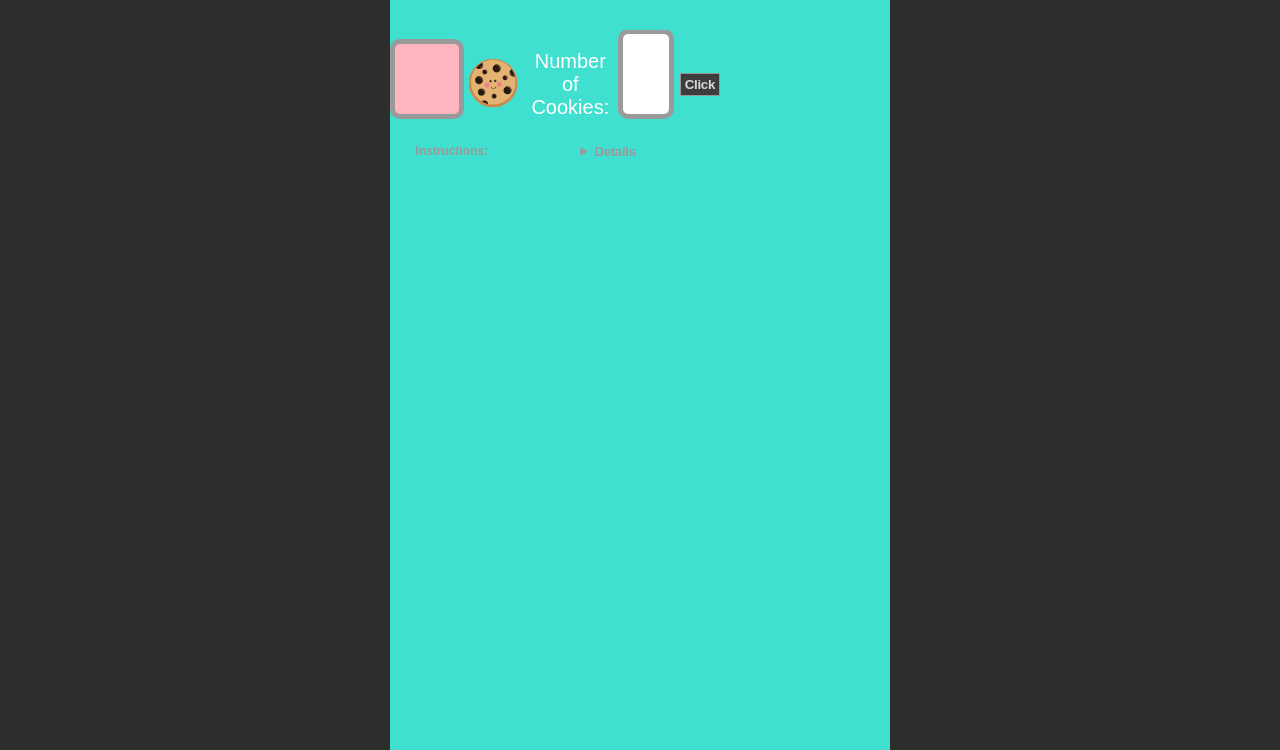
Repository: f00d4tehg0dz/elgato-streamdeck-cookie-clicker
Page: com.f00d4tehg0dz.cookieclicker.sdPlugin/cookieclicker.html
An editor plug-in stored every save of this project. The page is shown before and after the next save, followed by the edit.
The browser window is 1280 px wide. The pictures show the whole page.

Above is the page before, as saved 2022-01-28 11:59:36.

### com.f00d4tehg0dz.cookieclicker.sdPlugin/cookieclicker.html
<!DOCTYPE html>
<html>

<head>
    <meta charset="utf-8"/>
    <title>com.f00d4tehg0dz.cookieclicker</title>
    <link rel="stylesheet" href="css/sdpi.css">
    <link rel="stylesheet" href="css/styles.css">
    <script src="js/jquery-3.3.1.js"></script>
    <script src="js/common.js"></script>

</head>

<body>
<div class="sdpi-wrapper">
    <div class="sdpi-item">
        <div id="cookieTitle"></div>
        <div id="cookie" onclick="cookieClick()">
            <img src="icon-animate.gif" width="50px"/>
        </div>
        <br>
        <p>Number of Cookies:</p>
        <div id="cookieNumbers"></div>
        <button class="sdpi-item-value" id="updateButton">Click</button>
    </div>
    <div class="sdpi-item">
        <div class="sdpi-item-label">Instructions</div>
        <details class="sdpi-item-value">
            <p>Click the cookie to make more cookies<br>
            Cookie Title upgrades as you reach cookie clicker milestones <br></p>
            <p>You can learn more about this plugin by visiting its Github
                page by <a
                        href="#"
                        onclick="openGithub()">clicking here.</a>
        </details>
    </div>
</div>

<script>
    let uuid = "",
        actionName = "";

    if ($SD) {
        $SD.on('connected', function (jsonObj) {
            uuid = jsonObj['uuid'];
            if (jsonObj.hasOwnProperty('actionInfo')) {
                actionName = jsonObj.actionInfo.action;
            }
            let settings = $SD.actionInfo.payload.settings;
        });
    }

    $(document).ready(function () {

        $("#updateButton").click(function () {
            // Sending the saved settings to the plugin from property inspector.

            if ($SD && $SD.connection) {
                let payload = {};
                payload.updateClick = updateClick;

                $SD.api.sendToPlugin(uuid, actionName, payload);
            }
        });
        function openGithub() {
            $SD.api.openUrl($SD.actionInfo.context, "https://github.com/f00d4tehg0dz/Doge-Coin-Plugin-for-Eglato-Streamdeck")
    }
    });

</script>

</body>

</html>

### com.f00d4tehg0dz.cookieclicker.sdPlugin/css/styles.css
body {
  padding-top: 30px;
  font-family: Arial;
  background-color: turquoise;
  width: 500px;
  margin: auto;
  text-align: center;
}

p {
  font-size: 20px;
  color: white;
  display: block;
  margin: 5px;
}

#cookieNumbers {
  margin: auto;
  text-align:center;
  padding-top: 20px;
  margin-bottom: 20px;
  font-size: 30px;
  border:5px solid;
  border-radius:10px;
  background-color:white;
  width:200px;
  height:60px;
}

#cookieTitle {
  margin: auto;
  text-align:center;
  padding-top: 20px;
  margin-bottom: 20px;
  font-size: 30px;
  border:5px solid;
  border-radius:10px;
  background-color:lightpink;
  width:300px;
  height:50px;
}

Loaded but not shown: com.f00d4tehg0dz.cookieclicker.sdPlugin/js/jquery-3.3.1.js (library); com.f00d4tehg0dz.cookieclicker.sdPlugin/js/common.js (1200 lines, source omitted); com.f00d4tehg0dz.cookieclicker.sdPlugin/css/sdpi.css (1482 lines, source omitted)

After the next save:
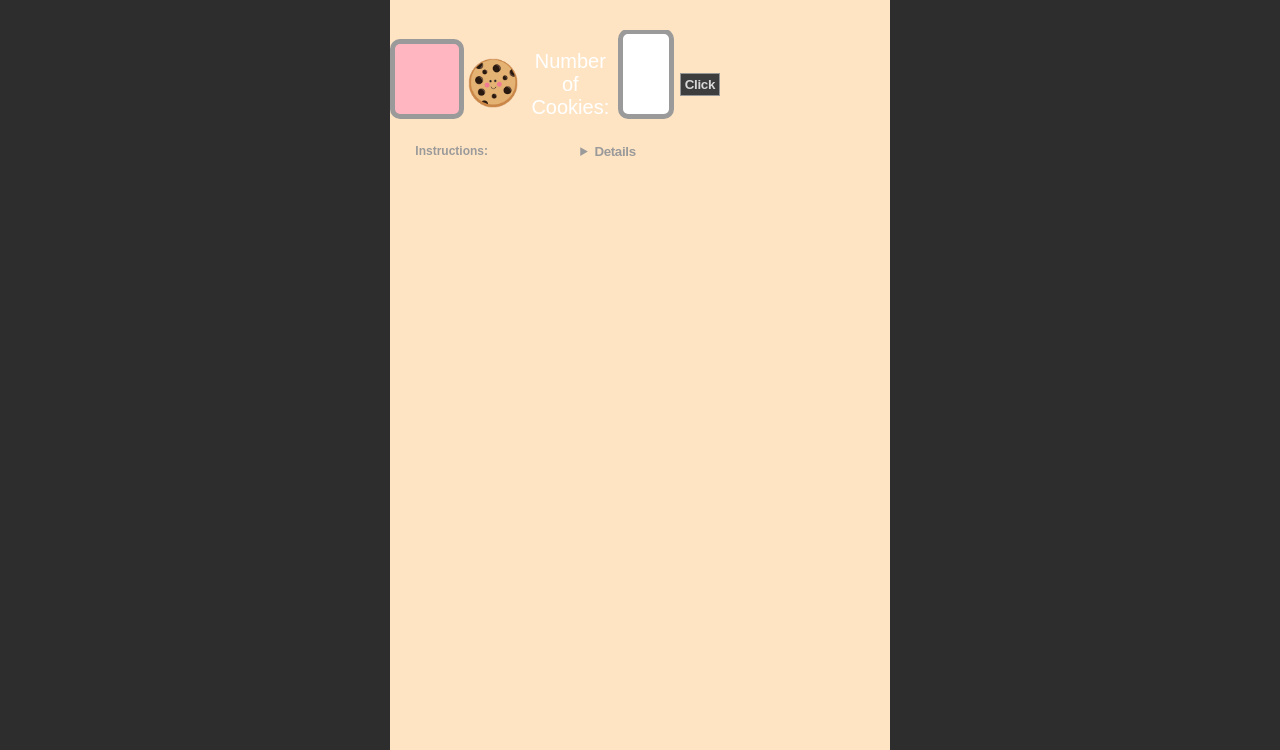
Saved 97 s later.
--- a/com.f00d4tehg0dz.cookieclicker.sdPlugin/css/styles.css
+++ b/com.f00d4tehg0dz.cookieclicker.sdPlugin/css/styles.css
@@ -1,7 +1,7 @@
 body {
   padding-top: 30px;
   font-family: Arial;
-  background-color: turquoise;
+  background-color: bisque;
   width: 500px;
   margin: auto;
   text-align: center;
